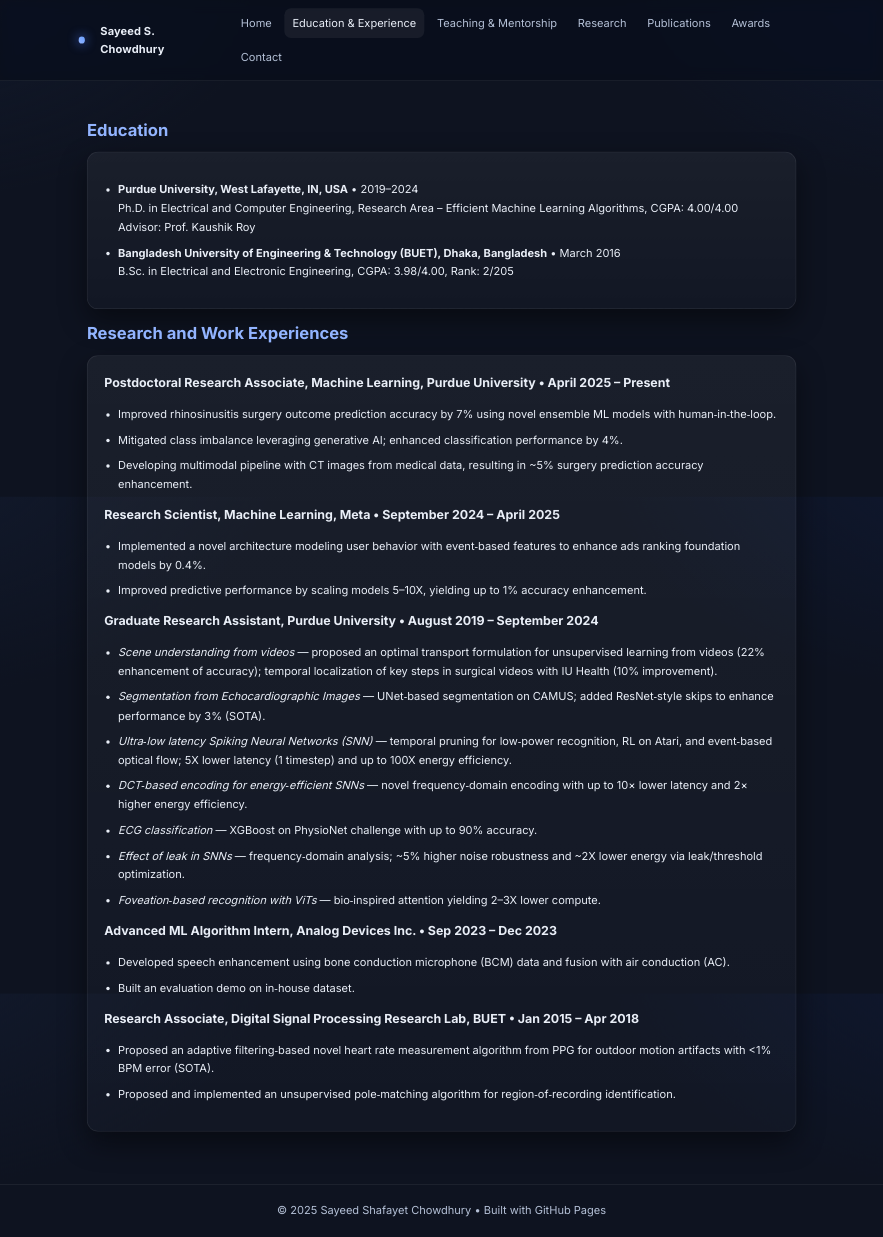
Repository: SayeedChowdhury/SayeedChowdhury.github.io
Page: edu-exp.html
An editor plug-in stored every save of this project. The page is shown before and after the next save, followed by the edit.
The browser window is 1280 px wide. The pictures show the whole page, at 69% of full size.

Above is the page before, as saved 2025-08-10 19:23:11.

After the next save:
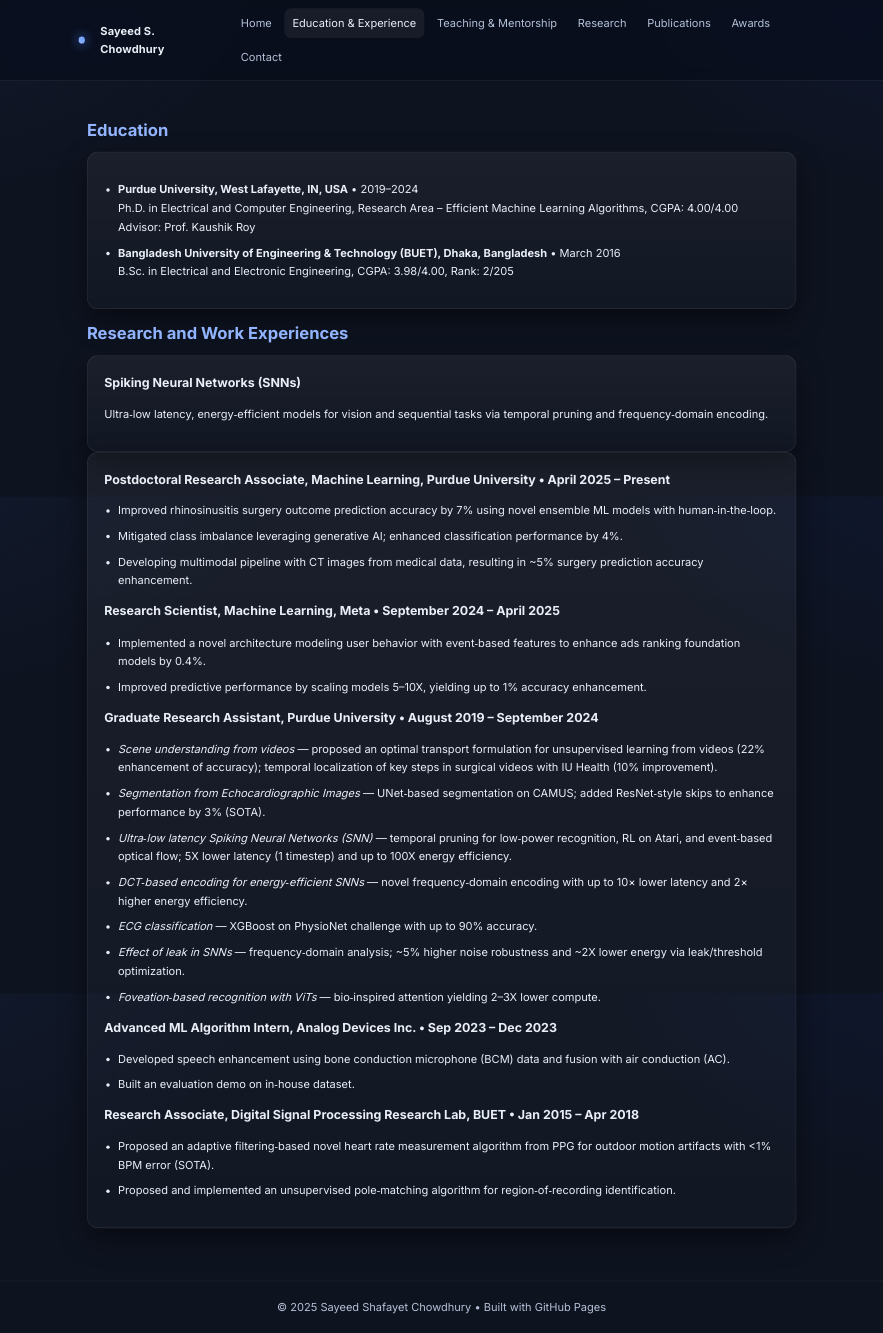
Saved 15 h 21 min later.
--- a/edu-exp.html
+++ b/edu-exp.html
@@ -43,6 +43,10 @@
 
   <!-- <div class="kicker">Research and Work Experiences</div> -->
   <h2>Research and Work Experiences</h2>
+  <div class="card">
+    <h3>Spiking Neural Networks (SNNs)</h3>
+    <p>Ultra‑low latency, energy‑efficient models for vision and sequential tasks via temporal pruning and frequency‑domain encoding.</p>
+  </div>
   <div class="card">
     <h3>Postdoctoral Research Associate, Machine Learning, Purdue University • April 2025 – Present</h3>
     <ul class="list">
